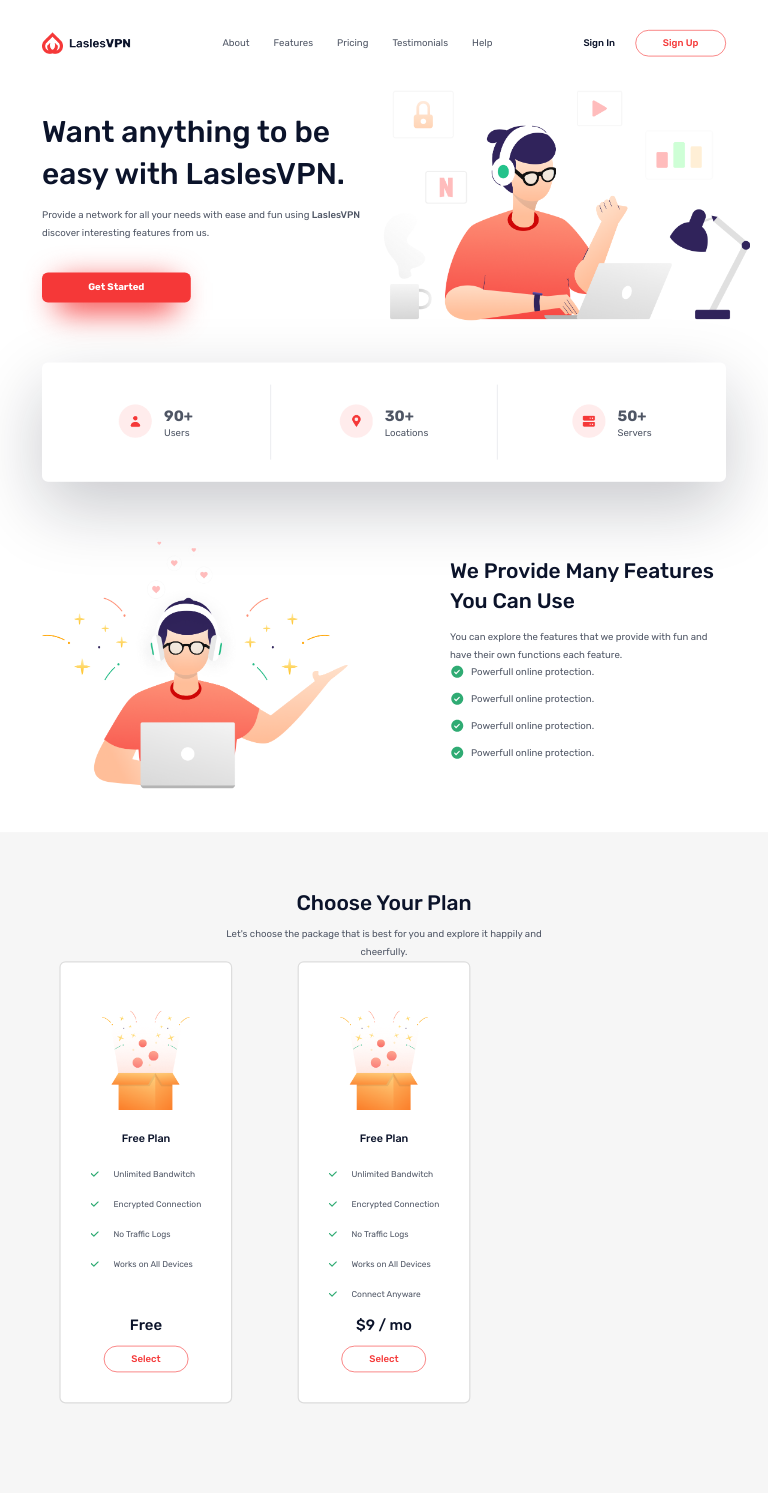
Repository: PhamTrungNguyen/LuyenTap
Page: LT_Figma/index.html
The author's editor kept a copy of each file at every save. The page is drawn from the files as they stood at one save, then again after a run of saves.
The browser window is 1280 px wide. The pictures show the whole page, at 60% of full size.
Some web libraries are served in a nearby version. The style sheet was rebuilt from its Sass, Less or Tailwind sources for each picture, by a compiler version that may differ from the author's.

Above is the page before, as saved 2021-12-08 22:42:06.
Console error: TypeError: Cannot read properties of null (reading 'addEventListener')

### LT_Figma/index.html
<!DOCTYPE html>
<html lang="en">

<head>
  <meta charset="UTF-8" />
  <meta http-equiv="X-UA-Compatible" content="IE=edge" />
  <meta name="viewport" content="width=device-width, initial-scale=1.0" />
  <title>Lasles VPN</title>
  <link rel="stylesheet" href="./css/reset.css">
  <link rel="stylesheet" href="./css/app.css" />
  <!-- Link font chữ -->
  <link rel="preconnect" href="https://fonts.googleapis.com">
  <link rel="preconnect" href="https://fonts.gstatic.com" crossorigin>
  <link href="https://fonts.googleapis.com/css2?family=Rubik:wght@400;500;700&display=swap" rel="stylesheet">
</head>

<body>
  <div class="wrapper">
    <!-- ---------------------------------- Phần header ---------------------------------- -->
    <header class="header">
      <div class="container">
        <div class="header-container">
          <img srcset="./images/logo.png 2x" alt="" class="header-logo"> <!-- độ nét logo -->
          <ul class="menu">
            <li class="menu-item">
              <a href="#" class="menu-link">About</a>
            </li>
            <li class="menu-item">
              <a href="#" class="menu-link">Features</a>
            </li>
            <li class="menu-item">
              <a href="#" class="menu-link">Pricing</a>
            </li>
            <li class="menu-item">
              <a href="#" class="menu-link">Testimonials</a>
            </li>
            <li class="menu-item">
              <a href="#" class="menu-link">Help</a>
            </li>
          </ul>
          <div class="header-user">
            <a href="#" class="header-user_in">Sign In</a>
            <a href="#" class="button button--outline">Sign Up</a>
          </div>
        </div>
      </div>
    </header>

    <!-- ---------------------------------- Phần hero ---------------------------------- -->
    <section class="hero">
      <div class="container">
        <div class="hero-container">
          <div class="hero-content">
            <h2 class="hero-content_heading">Want anything to be easy with LaslesVPN.</h2>
            <span class="hero-content_desc">Provide a network for all your needs with ease and fun using
              <strong>LaslesVPN</strong> discover interesting features from us.</span>
            <a href="#" class="button button--primary">Get Started</a>
          </div>
          <div class="hero-image">
            <img srcset="./images/hero-image.png 2x" alt="">
          </div>
        </div>
      </div>
    </section>

    <!-- ---------------------------------- Phần intro ---------------------------------- -->
    <section class="intro">
      <div class="container">
        <div class="intro-container">
          <div class="intro-item">
              <div class="intro-item_user">
                <img srcset="./images/user.png 2x" alt="">
              </div>
              <div class="intro-item_info">
                <h2 class="intro-item_info__number">90+</h2>
                <span class="intro-item_intro__desc">Users</span>
              </div>
          </div>
          <div class="intro-item">
              <div class="intro-item_user">
                <img srcset="./images/location.png 2x" alt="">
              </div>
              <div class="intro-item_info">
                <h2 class="intro-item_info__number">30+</h2>
                <span class="intro-item_intro__desc">Locations</span>
              </div>
          </div>
          <div class="intro-item">
              <div class="intro-item_user">
                <img srcset="./images/server.png 2x" alt="">
              </div>
              <div class="intro-item_info">
                <h2 class="intro-item_info__number">50+</h2>
                <span class="intro-item_intro__desc">Servers</span>
              </div>
          </div>
        </div>
      </div>
    </section>
     <!-- ---------------------------------- Phần Features ---------------------------------- -->
     <section class="feature">
       <div class="container">
         <div class="feature-container">
           <div class="feature-image">
             <img srcset="./images/feature-image.png 2x" alt="">
           </div>
           <div class="feature-content">
             <h3 class="feature-title">We Provide Many Features You Can Use</h3>
             <span class="feature-desc">You can explore the features that we provide with fun and have their own functions each feature.</span>
             <ul class="feature-list">
               <li class="feature-item">
                 <img src="./images/icon-check.svg" alt="" class="feature-item_check">
                 <span class="feature-item_text">Powerfull online protection.</span>
               </li>
               <li class="feature-item">
                 <img src="./images/icon-check.svg" alt="" class="feature-item_check">
                 <span class="feature-item_text">Powerfull online protection.</span>
               </li>
               <li class="feature-item">
                 <img src="./images/icon-check.svg" alt="" class="feature-item_check">
                 <span class="feature-item_text">Powerfull online protection.</span>
               </li>
               <li class="feature-item">
                 <img src="./images/icon-check.svg" alt="" class="feature-item_check">
                 <span class="feature-item_text">Powerfull online protection.</span>
               </li>
             </ul>
           </div>
         </div>
       </div>
     </section>

     <!-- ---------------------------------- Phần Plan ---------------------------------- -->
     <section class="plan">
       <div class="container">
         <div class="plan-container">
           <div class="plan-heading">
             <h3 class="plan-heading_title">Choose Your Plan</h3>
             <span class="plan-heading_desc">Let's choose the package that is best for you and explore it happily and cheerfully.</span>
           </div>
           <div class="plan-main">
             <div class="plan-item">
               <div class="plan-item_image">
                 <img srcset="./images/plan.png 2x" alt="">
               </div>
               <h3 class="plan-item_title">Free Plan</h3>
               <ul class="plan-item--list">
                 <li class="plan-item_text">
                   <img src="./images/icon-check-line.svg" alt="" class="plan-item_icon">
                   <span class="plan-item_desc">Unlimited Bandwitch</span>
                 </li>
                 <li class="plan-item_text">
                   <img src="./images/icon-check-line.svg" alt="" class="plan-item_icon">
                   <span class="plan-item_desc">Encrypted Connection</span>
                 </li>
                 <li class="plan-item_text">
                   <img src="./images/icon-check-line.svg" alt="" class="plan-item_icon">
                   <span class="plan-item_desc">No Traffic Logs</span>
                 </li>
                 <li class="plan-item_text">
                   <img src="./images/icon-check-line.svg" alt="" class="plan-item_icon">
                   <span class="plan-item_desc">Works on All Devices</span>
                 </li>
               </ul>
               <h2 class="plan-item_free">Free</h2>
               <a href="#" class="button button--outline">Select</a>
             </div>
             <div class="plan-item">
               <div class="plan-item_image">
                 <img srcset="./images/plan.png 2x" alt="">
               </div>
               <h3 class="plan-item_title">Free Plan</h3>
               <ul class="plan-item--list">
                 <li class="plan-item_text">
                   <img src="./images/icon-check-line.svg" alt="" class="plan-item_icon">
                   <span class="plan-item_desc">Unlimited Bandwitch</span>
                 </li>
                 <li class="plan-item_text">
                   <img src="./images/icon-check-line.svg" alt="" class="plan-item_icon">
                   <span class="plan-item_desc">Encrypted Connection</span>
                 </li>
                 <li class="plan-item_text">
                   <img src="./images/icon-check-line.svg" alt="" class="plan-item_icon">
                   <span class="plan-item_desc">No Traffic Logs</span>
                 </li>
                 <li class="plan-item_text">
                   <img src="./images/icon-check-line.svg" alt="" class="plan-item_icon">
                   <span class="plan-item_desc">Works on All Devices</span>
                 </li>
                 <li class="plan-item_text">
                   <img src="./images/icon-check-line.svg" alt="" class="plan-item_icon">
                   <span class="plan-item_desc">Connect Anyware</span>
                 </li>
               </ul>
               <h2 class="plan-item_free">$9 / mo</h2>
               <a href="#" class="button button--outline">Select</a>
             </div>




           </div>
         </div>
       </div>
     </section>

  </div>

  <script type="text/javascript" src="https://code.jquery.com/jquery-1.11.0.min.js"></script>
  <script type="text/javascript" src="https://code.jquery.com/jquery-migrate-1.2.1.min.js"></script>
  <script type="text/javascript" src="https://cdn.jsdelivr.net/npm/slick-carousel@1.8.1/slick/slick.min.js"></script>
  <script src="./scripts/app.js"></script>
  <!-- sass ./sass/app.scss ./css/app.css --watch -->
</body>

</html>

### LT_Figma/css/reset.css
/* http://meyerweb.com/eric/tools/css/reset/
   v2.0 | 20110126
   License: none (public domain)
*/

html,
body,
div,
span,
applet,
object,
iframe,
h1,
h2,
h3,
h4,
h5,
h6,
p,
blockquote,
pre,
a,
abbr,
acronym,
address,
big,
cite,
code,
del,
dfn,
em,
img,
ins,
kbd,
q,
s,
samp,
small,
strike,
strong,
sub,
sup,
tt,
var,
b,
u,
i,
center,
dl,
dt,
dd,
ol,
ul,
li,
fieldset,
form,
label,
legend,
table,
caption,
tbody,
tfoot,
thead,
tr,
th,
td,
article,
aside,
canvas,
details,
embed,
figure,
figcaption,
footer,
header,
hgroup,
menu,
nav,
output,
ruby,
section,
summary,
time,
mark,
audio,
video {
  margin: 0;
  padding: 0;
  border: 0;
  font-size: 100%;
  font: inherit;
  vertical-align: baseline;
}
/* HTML5 display-role reset for older browsers */
article,
aside,
details,
figcaption,
figure,
footer,
header,
hgroup,
menu,
nav,
section {
  display: block;
}
body {
  line-height: 1;
}
ol,
ul {
  list-style: none;
}
blockquote,
q {
  quotes: none;
}
blockquote:before,
blockquote:after,
q:before,
q:after {
  content: "";
  content: none;
}
table {
  border-collapse: collapse;
  border-spacing: 0;
}

### LT_Figma/scripts/app.js
$(".customer-list").slick({
  infinite: true,
  slidesToShow: 3,
  slidesToScroll: 1,
  dots: true,
  prevArrow: `<button type='button' class='slick-prev pull-left'><img src="./images/arrow-left.svg"/></button>`,
  nextArrow: `<button type='button' class='slick-next pull-right'><img src="./images/arrow-right.svg"/></button>`,
  responsive: [
    {
      breakpoint: 1024,
      settings: {
        slidesToShow: 2,
        slidesToScroll: 1,
        infinite: true,
        arrows: false,
      },
    },
    {
      breakpoint: 480,
      settings: {
        slidesToShow: 1,
        slidesToScroll: 1,
        infinite: true,
        arrows: false,
      },
    },
  ],
});
const toggle = document.querySelector(".menu-toggle");
const menu = document.querySelector(".menu");
const activeClass = "is-show";
toggle.addEventListener("click", function () {
  menu.classList.add(activeClass);
});
window.addEventListener("click", function (e) {
  if (!menu.contains(e.target) && !e.target.matches(".menu-toggle")) {
    menu.classList.remove(activeClass);
  }
});

### LT_Figma/sass/app.scss
@import "reset";
@import "variables";
@import "global";

@import "header";
@import "hero";
@import "intro";
@import "feature";
@import "plan";

### LT_Figma/sass/_reset.scss
/* http://meyerweb.com/eric/tools/css/reset/
   v2.0 | 20110126
   License: none (public domain)
*/

html,
body,
div,
span,
applet,
object,
iframe,
h1,
h2,
h3,
h4,
h5,
h6,
p,
blockquote,
pre,
a,
abbr,
acronym,
address,
big,
cite,
code,
del,
dfn,
em,
img,
ins,
kbd,
q,
s,
samp,
small,
strike,
strong,
sub,
sup,
tt,
var,
b,
u,
i,
center,
dl,
dt,
dd,
ol,
ul,
li,
fieldset,
form,
label,
legend,
table,
caption,
tbody,
tfoot,
thead,
tr,
th,
td,
article,
aside,
canvas,
details,
embed,
figure,
figcaption,
footer,
header,
hgroup,
menu,
nav,
output,
ruby,
section,
summary,
time,
mark,
audio,
video {
  margin: 0;
  padding: 0;
  border: 0;
  font-size: 100%;
  font: inherit;
  vertical-align: baseline;
  text-decoration: none;
}
/* HTML5 display-role reset for older browsers */
article,
aside,
details,
figcaption,
figure,
footer,
header,
hgroup,
menu,
nav,
section {
  display: block;
}
body {
  line-height: 1;
}
ol,
ul {
  list-style: none;
}
blockquote,
q {
  quotes: none;
}
blockquote:before,
blockquote:after,
q:before,
q:after {
  content: "";
  content: none;
}
table {
  border-collapse: collapse;
  border-spacing: 0;
}
*,
*:after,
*:before {
  margin: 0;
  padding: 0;
  box-sizing: border-box;
}

### LT_Figma/sass/_variables.scss
$font-1: "Rubik", sans-serif;
$text-color: #4F5665;
$title-color: #0b132a;
$red-color: #F53838;
$gray-color: #dde0e4;
$gray-light-color: #f8f8f8;
$gray-lighter-color: #ddd;

### LT_Figma/sass/_global.scss
body {
  line-height: 1;
  font-family: $font-1;
  color: $text-color;
  font-weight: 400;
  font-size: 16px;
  background-color: white;
}
html {
  font-size: 62.5%;
}
button {
  cursor: pointer;
  outline: none;
  border: none;
  font-family: $font-1;
}
.wrapper {
  // lớp bao ngoài
  max-width: 1440px;
  margin: 0 auto;
}
.container {
  // container bên trong
  max-width: 1240px;
  margin: 0 auto;
  padding: 0 50px;
}
.button {
  display: inline-block;
  padding: 13px 45px;
  border-radius: 100rem;
  font-family: $font-1;
  line-height: 1;
  font-size: 16px;
  cursor: pointer;
  border: none;
  outline: none;
  &--primary {
    font-weight: 700;
    background-color: $red-color;
    color: white;
    border-radius: 10px;
    padding: 17px 77px;
    position: relative;
    &:after {
      content: "";
      background: rgba(245, 56, 56, 0.979);
      filter: blur(26px);
      position: absolute;
      top: 80%;
      left: 50%;
      transform: translate(-50%, -50%);
      width: 80%;
      height: 100%;
      z-index: -1;
    }
  }
  &--outline {
    background-color: transparent;
    color: $red-color;
    font-weight: 500;
    border: 1px solid;
  }
  &--rounded {
    font-weight: 700;
    background-color: $red-color;
    color: white;
    padding: 13px 62px;
  }
}

### LT_Figma/sass/_header.scss
.header {
  padding-top: 50px;
  padding-bottom: 90px;
  &-container {
    display: flex;
    justify-content: space-between;
    align-items: center;
    flex-wrap: wrap;
    position: relative;
  }
  &-user {
    font-weight: 500;
    &_in {
      margin-right: 3rem;
      color: $title-color;
    }
  }
}
.menu {
  display: flex;
  align-items: center;
  list-style: none;
  gap: 0 40px;
  &-link {
    color: $text-color;
  }
}
@media screen and (max-width: 1023px) {
  .header-user {
    position: absolute;
    right: 0;
    top: 80%;
    transform: translateY(50%);
  }
}
@media  screen and (max-width:767px){
  .menu{
    display: none;
  }

}

### LT_Figma/sass/_hero.scss
.hero {
  padding-bottom: 100px;
  &-container {
    display: flex;
    justify-content: space-between;
    align-items: center;
    gap: 0 40px;
    position: relative;
  }
  &-content {
    width: 100%;
    max-width: 555px;
    &_heading {
      font-weight: 500;
      color: $title-color;
      font-size: 50px;
      line-height: calc(70 / 50);
      margin-bottom: 2rem;
    }
    &_desc {
      display: block;
      line-height: calc(30 / 16);
      margin-bottom: 5rem;
      strong {
        font-weight: 500;
      }
    }
  }
  &-image {
    // đỡ mất kích thước của ảnh
    position: absolute;
    top: 50%;
    right: 0;
    transform: translate(40px, -50%);
  }

}
@media  screen and (max-width:1279px){
  .hero-image {
    // đỡ mất kích thước của ảnh
    position:inherit;
    transform: none;
    img{
      width: 100%;
    }
  }
  .hero-content {
    width: 100%;
    max-width: 455px;
}
  .hero-content_heading {

    font-size: 45px;

}

}
@media screen and (max-width: 1023px) {
  .hero-content_heading {
    color: #0b132a;
    font-size: 30px;
  }
}
@media  screen and (max-width:767px){
    .hero-container {
        flex-direction: column-reverse;
        gap: 50px 0;
    }
    .hero-content_heading {
        color: #0b132a;
        font-size: 23px;
    }



}

### LT_Figma/sass/_intro.scss
.intro {
  margin-bottom: 95px;
  &-container {
    padding: 37px 0;
    box-shadow: 0 42px 114px 0 rgba(13, 16, 37, 0.226);
    display: grid;
    grid-template-columns: repeat(3, minmax(0, 1fr));
    border-radius: 10px;
    background-color: #fff;
  }
  &-item {
    display: flex;
    justify-content: center;
    align-items: center;

    &_user {
      margin-right: 2rem;
    }
    &_info {
      &__number {
        font-weight: 700;
        font-size: 25px;
        margin-bottom: 6px;
        line-height: calc(30 / 25);
      }
      &__desc{
        line-height: calc(30 / 20);
      }
    }
    height: 125px;
  }
}
@media screen and (min-width: 768px) {
  .intro-item:nth-child(2) {
    border-right: 2px solid #eeeff2;
    border-left: 2px solid #eeeff2;
  }
}

@media screen and (max-width: 767px) {
  .intro-container {
    grid-template-columns: 100%;
  }
  .intro-item {
    flex-direction: row;
    // text-align: center;
  }
  .intro-item:nth-child(2){
      padding-left: 2rem;

  }
}

### LT_Figma/sass/_feature.scss
.feature{
    padding-bottom: 7rem;
    &-container{
        display:flex;
        justify-content: space-between;
        align-items: center;
        gap: 0 170px;
    }
    &-image{
        // width: 100%;
    }
    &-content{

    }
    &-title{
        color:$title-color;
        font-weight: 500;
        font-size: 35px;
        line-height: calc(50/35);
        margin-bottom: 2rem;
    }
    &-desc{
        line-height: calc(30/16);
        margin-bottom: 2rem;
    }
    &-item{
        // list-style: none;
        &_check{
            margin-right: 1rem;
        }
        display: flex;
        align-items: center;
        margin-bottom: 2rem;
    }
}
@media  screen and (max-width:1279px){
    .feature-container {
        gap: 0 90px;
    }

}
@media  screen and (max-width:1023px){
    .feature-image {
        img{
            width: 155%;
        }
    }
    .feature-container {
        gap: 0 150px;
    }

}
@media  screen and (max-width:767px){
    .feature-container {
        flex-direction: column;
    }
    .feature-image img {
        width: 100%;
    }
    .feature-container {
        gap: 50px 0;
    }
    .feature-content{
        display: flex;
        flex-direction: column;
        align-items: center;
        margin: 0 auto;
    }

}

### LT_Figma/sass/_plan.scss
.plan{
    background-color: #F6F6F6;
    padding-bottom: 15rem;
    &-heading{
        padding-top: 10rem;
        margin: 0 auto;
        text-align: center;
        max-width:530px;
        &_title{
            font-weight: 500;
            font-size: 35px;
            margin-bottom: 2rem;
            color:$title-color;
        }
        &_desc{
            line-height: calc(30 /16)
        }
    }
    &-main{
        display: grid;
        grid-template-columns: repeat(3, 1fr);
        gap: 0 50px;

    }
    &-item{
        border: 2px solid #DDDDDD;
        background-color: #FFFFFF;
        border-radius:10px;
        margin:0 auto;
        display: flex;
        flex-direction: column;
        align-items: center;
        padding: 80px 50px 50px;
        &_image{
            margin-bottom: 30px;
        }
        &_title{
            color:$title-color;
            font-weight: 500;
            font-size: 18px;
            line-height: calc(30/18);
            margin-bottom: 3rem;
        }
        &_text{
            margin-bottom: 2rem;
        }
        &_icon{
            margin-right: 2rem;
        }
        &_desc{
            font-size: 14px;
            line-height: calc(30/14);
        }
        &_free{
            margin-top: auto;
            font-weight: 500;
            font-size: 25px;
            line-height: calc(30/25);
            color:$title-color;
            margin-bottom: 2rem;
        }

    }
}

After the next 4 saves:
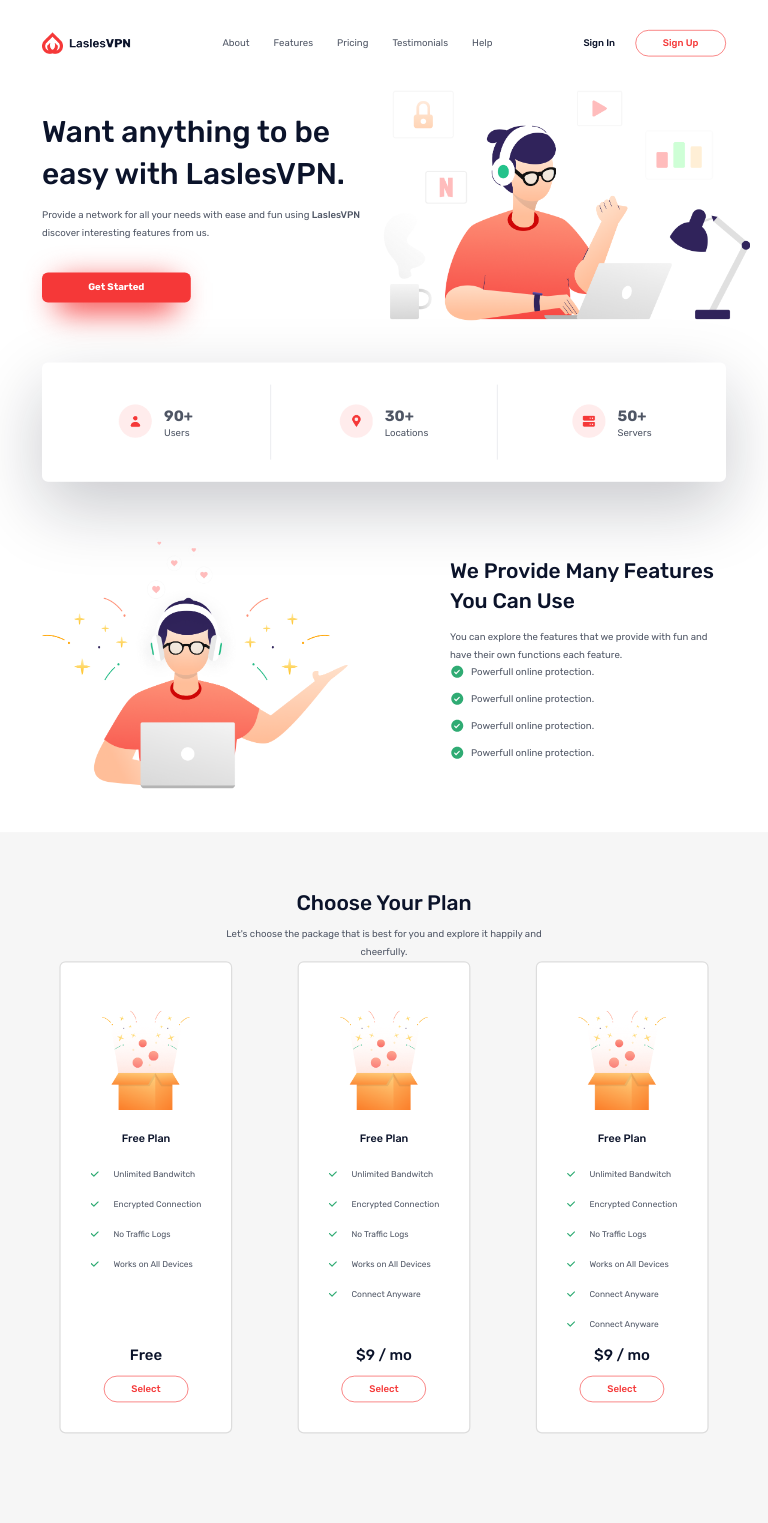
The 4 saves are shown as one change because they came seconds apart.
The last was saved 16 s later.
--- a/LT_Figma/index.html
+++ b/LT_Figma/index.html
@@ -165,6 +165,7 @@
                <h2 class="plan-item_free">Free</h2>
                <a href="#" class="button button--outline">Select</a>
              </div>
+
              <div class="plan-item">
                <div class="plan-item_image">
                  <img srcset="./images/plan.png 2x" alt="">
@@ -196,6 +197,41 @@
                <a href="#" class="button button--outline">Select</a>
              </div>
 
+             <div class="plan-item">
+               <div class="plan-item_image">
+                 <img srcset="./images/plan.png 2x" alt="">
+               </div>
+               <h3 class="plan-item_title">Free Plan</h3>
+               <ul class="plan-item--list">
+                 <li class="plan-item_text">
+                   <img src="./images/icon-check-line.svg" alt="" class="plan-item_icon">
+                   <span class="plan-item_desc">Unlimited Bandwitch</span>
+                 </li>
+                 <li class="plan-item_text">
+                   <img src="./images/icon-check-line.svg" alt="" class="plan-item_icon">
+                   <span class="plan-item_desc">Encrypted Connection</span>
+                 </li>
+                 <li class="plan-item_text">
+                   <img src="./images/icon-check-line.svg" alt="" class="plan-item_icon">
+                   <span class="plan-item_desc">No Traffic Logs</span>
+                 </li>
+                 <li class="plan-item_text">
+                   <img src="./images/icon-check-line.svg" alt="" class="plan-item_icon">
+                   <span class="plan-item_desc">Works on All Devices</span>
+                 </li>
+                 <li class="plan-item_text">
+                   <img src="./images/icon-check-line.svg" alt="" class="plan-item_icon">
+                   <span class="plan-item_desc">Connect Anyware</span>
+                 </li>
+                 <li class="plan-item_text">
+                   <img src="./images/icon-check-line.svg" alt="" class="plan-item_icon">
+                   <span class="plan-item_desc">Connect Anyware</span>
+                 </li>
+               </ul>
+               <h2 class="plan-item_free">$9 / mo</h2>
+               <a href="#" class="button button--outline">Select</a>
+             </div>
+
 
 
 
